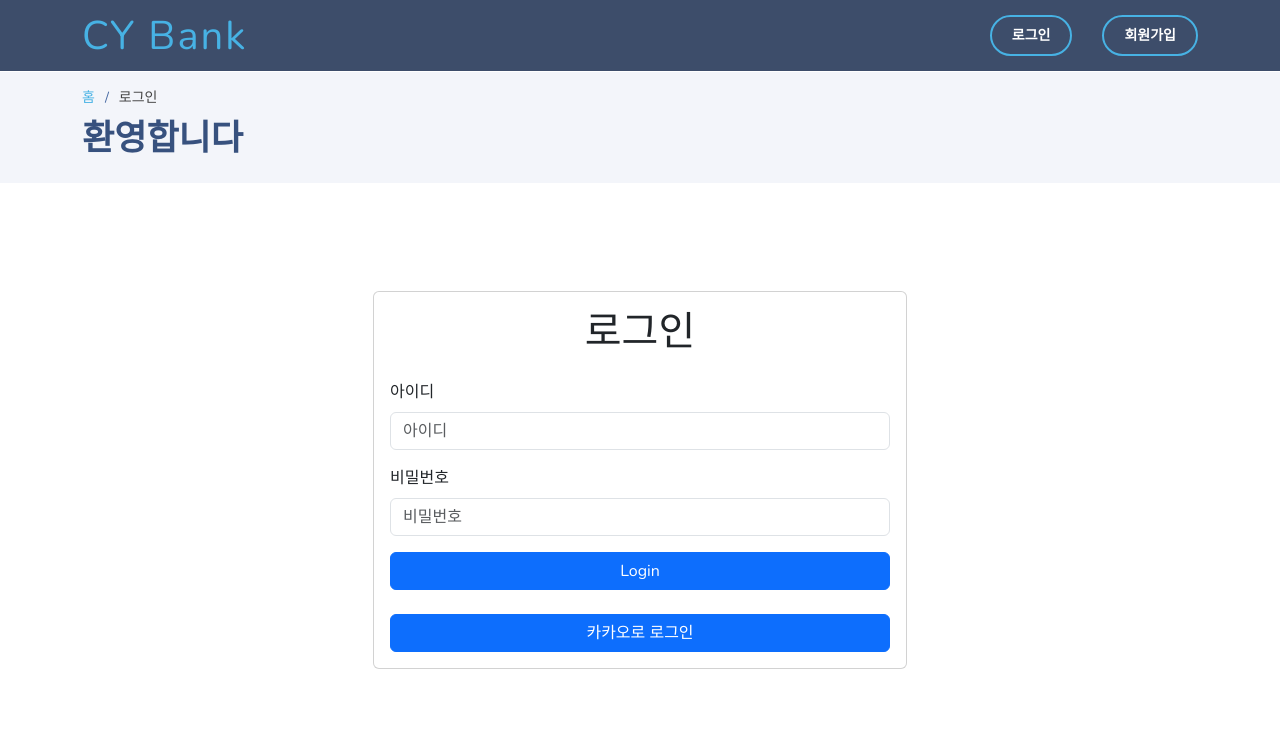
Repository: scy0814/Spring
Page: http://localhost/CYBank/jsp/login/Login.jsp
The author's editor kept a copy of each file at every save. The page is drawn from the files as they stood at one save, then again after the next save.
The browser window is 1280 px wide. The pictures show the whole page.
The page is served by Tomcat 9. Other server files are loaded and not shown.

Above is the page before, as saved 2023-07-02 02:49:52.

### CYBank/src/main/webapp/jsp/login/Login.jsp
<%@ page language="java" contentType="text/html; charset=UTF-8" pageEncoding="UTF-8"%>
<!DOCTYPE html>
<html>
<head>
<meta charset="UTF-8">
<title>Insert title here</title>

<!-- Bootstrap CSS -->
<link rel="stylesheet" href="https://maxcdn.bootstrapcdn.com/bootstrap/4.0.0/css/bootstrap.min.css">

</head>
<header>
    <jsp:include page="/jsp/include/header.jsp" />
</header>
<body>
<section id="breadcrumbs" class="breadcrumbs">
    <div class="container">
        <ol>
            <li><a href="/index.jsp">홈</a></li>
            <li>로그인</li>
        </ol>
        <h2 style="font-size: 35px;">환영합니다</h2>
    </div>
</section><!-- End Breadcrumbs -->
<section class="inner-page">
    <div class="container">



    <div class="container">
        <div class="row justify-content-center mt-5">
            <div class="col-md-6">
                <div class="card">
                    <div class="card-body">
                        <h1 class="text-center mb-4">로그인</h1>
                        <form method="post" action="${pageContext.request.contextPath }/loginProcess.do" id="login-form">
                            <div class="form-group">
                                <label for="id">아이디</label>
                                <input type="text" class="form-control" name="id" placeholder="아이디">
                            </div>
                            <div class="form-group">
                                <label for="password">비밀번호</label>
                                <input type="password" class="form-control" name="password" placeholder="비밀번호">
                            </div>
                            <button type="submit" class="btn btn-primary btn-block">Login</button>
                        </form><br>
                        <form method="post" action="${pageContext.request.contextPath }/kakaoLogin.do" >
                            <button type="submit" class="btn btn-primary btn-block">카카오로 로그인</button>
                        </form>
                    </div>
                </div>
            </div>
        </div>
    </div>

    <!-- Bootstrap JS -->
    <script src="https://code.jquery.com/jquery-3.5.1.slim.min.js"></script>
    <script src="https://cdn.jsdelivr.net/npm/popper.js@1.16.1/dist/umd/popper.min.js"></script>
    <script src="https://stackpath.bootstrapcdn.com/bootstrap/4.5.2/js/bootstrap.min.js"></script>
</div>
</section>
</body>
</html>

### CYBank/src/main/webapp/jsp/include/header.jsp
<%@ page language="java" contentType="text/html; charset=UTF-8"
    pageEncoding="UTF-8"%>
    <%@ taglib prefix="c" uri="http://java.sun.com/jsp/jstl/core"%>
<!DOCTYPE html>
<html>
<head>
<meta charset="UTF-8">
 <!-- Favicons -->
  <link href="assets/img/favicon.png" rel="icon">
  <link href="assets/img/apple-touch-icon.png" rel="apple-touch-icon">


  <!-- Google Fonts -->
  <link href="https://fonts.googleapis.com/css?family=Open+Sans:300,300i,400,400i,600,600i,700,700i|Nunito:300,300i,400,400i,600,600i,700,700i|Poppins:300,300i,400,400i,500,500i,600,600i,700,700i" rel="stylesheet">

  <!-- Vendor CSS Files -->
  <link href="/CYBank/css/vendor/aos/aos.css" rel="stylesheet">
  <link href="/CYBank/css/vendor/bootstrap/css/bootstrap.min.css" rel="stylesheet">
  <link href="/CYBank/css/vendor/bootstrap-icons/bootstrap-icons.css" rel="stylesheet">
  <link href="/CYBank/css/vendor/glightbox/css/glightbox.min.css" rel="stylesheet">
  <link href="/CYBank/css/vendor/remixicon/remixicon.css" rel="stylesheet">
  <link href="/CYBank/css/vendor/swiper/swiper-bundle.min.css" rel="stylesheet">

  <!-- Template Main CSS File -->
  <link href="/CYBank/css/css/style.css" rel="stylesheet">
  <style>
  .fixed-top {
    position: fixed;
    z-index: 1030;
    background: #283a5ae6;
    top: 0;
    right: 0;
    left: 0;
}
  </style>

<title>Insert title here</title>
</head>
<body>
<!-- ======= Header ======= -->
  <header id="header" class="header fixed-top">
    <div class="container-fluid container-xl d-flex align-items-center justify-content-between">

      <a href="index.jsp" class="logo d-flex align-items-center">
        <span class="cybank">CY Bank</span>
      </a>
		<c:set var="isLogin" value="${empty user }" />
      <nav id="navbar" class="navbar">
        <ul>
        <c:if test="${not empty user && user.id ne 'admin'}">
          <li><a class="nav-link scrollto active" href="index.jsp">홈</a></li>
          <li><a class="nav-link scrollto" href="${pageContext.request.contextPath }/noticeList.do">공지사항</a></li>
          <li><a class="nav-link scrollto" href="#about">오픈뱅킹</a></li>
           <li class="dropdown"><a href="${pageContext.request.contextPath }/account.do"><span>계좌</span> <i class="bi bi-chevron-down"></i></a>
            <ul>
              <li><a href="${pageContext.request.contextPath}/account.do">나의 계좌</a></li>
              <li><a href="${pageContext.request.contextPath}/createAccount.do">계좌 개설</a></li>
              <li><a href="${pageContext.request.contextPath}/transactionHistory.do">입출금 내역</a></li>
              <li><a href="${pageContext.request.contextPath}/closeAccount.do">계좌 해지</a></li>
            </ul>
          </li>
          <li><a class="nav-link scrollto" href="${pageContext.request.contextPath }/myPage.do">마이페이지</a></li>
          <li><a class="nav-link scrollto" href="${pageContext.request.contextPath }/customerCenter.do">고객센터</a></li>
          <li><a class="nav-link scrollto" href="${pageContext.request.contextPath }/logout.do">로그아웃</a></li>
          </c:if>

		<c:if test="${user.id eq 'admin'}">
		<li class="dropdown"><a href="${pageContext.request.contextPath }/account.do"><span>상품관리</span> <i class="bi bi-chevron-down"></i></a>
            <ul>
              <li><a href="${pageContext.request.contextPath}/account.do">상품등록</a></li>
              <li><a href="${pageContext.request.contextPath}/createAccount.do">상품수정</a></li>
              <li><a href="${pageContext.request.contextPath}/transactionHistory.do">상품삭제</a></li>
            </ul>
          </li>
          <li class="dropdown"><a href="${pageContext.request.contextPath }/account.do"><span>회원관리</span> <i class="bi bi-chevron-down"></i></a>
            <ul>
              <li><a href="${pageContext.request.contextPath}/account.do">회원리스트</a></li>
              <li><a href="${pageContext.request.contextPath}/transactionHistory.do">휴면계좌관리</a></li>
            </ul>
          <li><a class="nav-link scrollto" href="${pageContext.request.contextPath }/noticeList.do">공지사항</a></li>
          <li><a class="nav-link scrollto" href="${pageContext.request.contextPath }/customerCenter.do">고객센터</a></li>
          <li><a class="nav-link scrollto" href="${pageContext.request.contextPath }/logout.do">로그아웃</a></li>
		</c:if>
		<c:if test="${empty user}">
          <li><a class="getstarted scrollto" href="${pageContext.request.contextPath }/login.do">로그인</a></li>
          <li><a class="getstarted scrollto" href="${pageContext.request.contextPath }/signUp.do">회원가입</a></li>
          </c:if>
        </ul>
        <i class="bi bi-list mobile-nav-toggle"></i>
      </nav><!-- .navbar -->

    </div>
  </header><!-- End Header -->
  <!-- Vendor JS Files -->
  <script src="/CYBank/css/vendor/purecounter/purecounter_vanilla.js"></script>
  <script src="/CYBank/css/vendor/aos/aos.js"></script>
  <script src="/CYBank/css/vendor/bootstrap/js/bootstrap.bundle.min.js"></script>
  <script src="/CYBank/css/vendor/glightbox/js/glightbox.min.js"></script>
  <script src="/CYBank/css/vendor/isotope-layout/isotope.pkgd.min.js"></script>
  <script src="/CYBank/css/vendor/swiper/swiper-bundle.min.js"></script>
  <script src="/CYBank/css/vendor/php-email-form/validate.js"></script>

  <!-- Template Main JS File -->
  <script src="/CYBank/css/js/main.js"></script>

</body>
</html>

Loaded but not shown: CYBank/src/main/webapp/css/js/main.js (258 lines, source omitted); CYBank/src/main/webapp/css/css/style.css (1830 lines, source omitted)

After the next save:
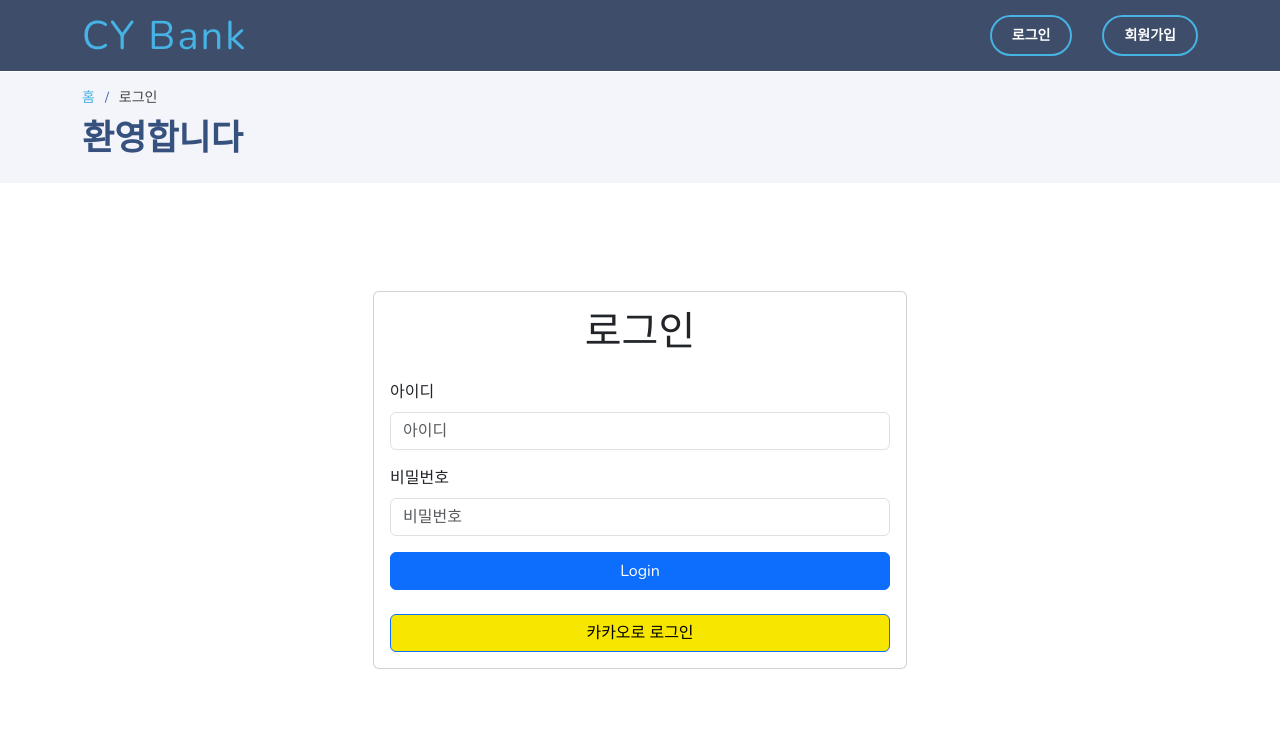
Saved 43 s later.
--- a/CYBank/src/main/webapp/jsp/login/Login.jsp
+++ b/CYBank/src/main/webapp/jsp/login/Login.jsp
@@ -45,7 +45,7 @@
                             <button type="submit" class="btn btn-primary btn-block">Login</button>
                         </form><br>
                         <form method="post" action="${pageContext.request.contextPath }/kakaoLogin.do" >
-                            <button type="submit" class="btn btn-primary btn-block">카카오로 로그인</button>
+                            <button type="submit" class="btn btn-primary btn-block" style="background-color : #F7E600 ; color : black;" >카카오로 로그인</button>
                         </form>
                     </div>
                 </div>
